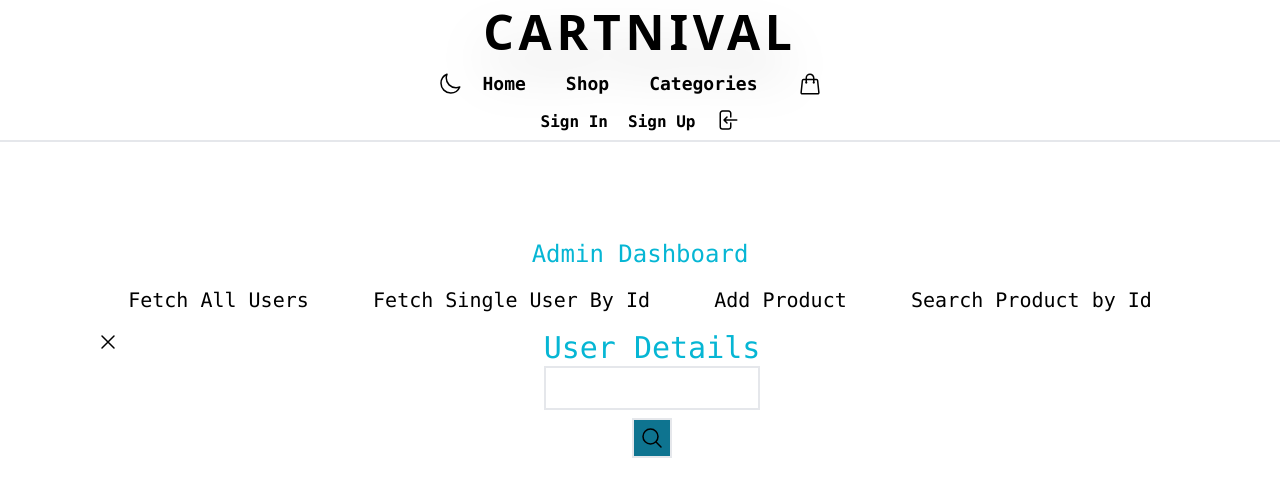
Repository: punitbathija/Cartnival
Page: /admin/dashboard (app in client/vite-project/), after clicking the first element matching `div.md\:flex > :nth-child(4)`
The author's editor kept a copy of each file at every save. The page is drawn from the files as they stood at one save, then again after the next save.
The browser window is 1280 px wide. The pictures show the whole page.
The project was rebuilt for these pictures with package versions that can differ from the ones it lists, and the page was loaded fresh each time. Also part of the build but not shown: client/vite-project/vite.config.js, client/vite-project/src/pages/Signin.jsx, client/vite-project/src/pages/Signup.jsx, client/vite-project/src/pages/ForgotPassword.jsx, client/vite-project/src/pages/ResetPassword.jsx, client/vite-project/src/pages/MyProfile.jsx, client/vite-project/src/pages/UpdatePassword.jsx, client/vite-project/src/pages/UpdateUser.jsx and 7 more.

Above is the page before, as saved 2023-03-29 17:05:18.

### client/vite-project/index.html
<!DOCTYPE html>
<html lang="en">
  <head>
    <meta charset="UTF-8" />
    <link rel="icon" type="image/svg+xml" href="/vite.svg" />
    <meta name="viewport" content="width=device-width, initial-scale=1.0" />
    <title>Vite + React</title>
  </head>
  <body className="dark">
    <div id="root"></div>
    <script type="module" src="/src/main.jsx"></script>
  </body>
</html>

### client/vite-project/src/main.jsx
import React from "react";
import ReactDOM from "react-dom/client";
import App from "./App";
import "./index.css";
import { userStore } from "./reduxStore";
import { Provider } from "react-redux";

ReactDOM.createRoot(document.getElementById("root")).render(
  <React.StrictMode>
    <Provider store={userStore}>
      <App />
    </Provider>
  </React.StrictMode>
);

### client/vite-project/src/App.jsx
import "./App.css";
import Header from "./Header";
import Signin from "./pages/Signin";
import Signup from "./pages/Signup";
import ForgotPassword from "./pages/ForgotPassword";
import ResetPassword from "./pages/ResetPassword";
import MyProfile from "./pages/MyProfile";
import UpdatePassword from "./pages/UpdatePassword";
import UpdateUser from "./pages/UpdateUser";
import FetchAllUsers from "./pages/admin-methods/FetchAllUsers";
import FetchSingleUser from "./pages/admin-methods/FetchSingleUser";
import DeleteSingleUser from "./pages/admin-methods/DeleteSingleUser";
import { useSelector } from "react-redux";
import { selectUser } from "./userSlice";
import { BrowserRouter as Router, Route, Routes } from "react-router-dom";
import AdminSignin from "./pages/admin-methods/AdminSignin";
import { AdminDashboard } from "./pages/admin-methods/AdminDashboard";
import Home from "./pages/Home";

function App() {
  const user = useSelector(selectUser);
  console.log(user);
  return (
    <>
      <Header />
      <Router>
        <Routes>
          <Route exact path="/" Component={Home} />
          <Route exact path="/signin" Component={Signin} />
          <Route exact path="/admin/signin" Component={AdminSignin} />
          <Route exact path="/admin/dashboard" Component={AdminDashboard} />
        </Routes>
      </Router>
    </>
  );
}

export default App;

### client/vite-project/src/reduxStore.js
import { configureStore } from "@reduxjs/toolkit";
import userReducer from "./userSlice";

export const userStore = configureStore({
  reducer: {
    user: userReducer,
  },
});

### client/vite-project/src/Header.jsx
import React, { useState, useEffect } from "react";
import axios from "axios";
import { signout } from "./userSlice";
import { useDispatch } from "react-redux";

const Header = () => {
  const [theme, setTheme] = useState("light");
  const api = import.meta.env.VITE_REACT_APP_BACKEND;
  const dispatch = useDispatch();

  const signOut = async (e) => {
    e.preventDefault();
    axios
      .get(`${api}signout`)
      .then((res) => {
        console.log(res);
        axios.defaults.headers.common["Authorization"] = null;
        document.cookie =
          "token=; expires=Thu, 01 Jan 1970 00:00:00 UTC; path=/;";
        dispatch(signout());
      })
      .then((err) => console.log(err));
  };

  useEffect(() => {
    if (theme === "dark") {
      document.documentElement.classList.add("dark");
    } else {
      document.documentElement.classList.remove("dark");
    }
  }, [theme]);

  const handleThemeSwitch = () => {
    setTheme(theme === "dark" ? "light" : "dark");
  };

  return (
    <>
      <div className="flex justify-center sticky top-0 z-50 dark:bg-neutral-800 dark:text-white ease-in duration-200 font-mono">
        <nav className="self-center w-full max-w-7xl">
          <div className="flex flex-col justify-around items-center border-b-2 ">
            <h1 className="uppercase py-2 text-2xl md:text-5xl text-center font-sans font-bold px-14 drop-shadow-2xl tracking-widest">
              cartnival
            </h1>

            <ul className="flex  items-center text-sm md:text-[18px] font-bold  md:px-10">
              <li>
                {theme === "light" ? (
                  <svg
                    xmlns="http://www.w3.org/2000/svg"
                    fill="none"
                    viewBox="0 0 24 24"
                    strokeWidth={1.5}
                    stroke="currentColor"
                    className="w-6 h-6 ease-in duration-500 cursor-pointer"
                    onClick={handleThemeSwitch}
                  >
                    <path
                      strokeLinecap="round"
                      strokeLinejoin="round"
                      d="M21.752 15.002A9.718 9.718 0 0118 15.75c-5.385 0-9.75-4.365-9.75-9.75 0-1.33.266-2.597.748-3.752A9.753 9.753 0 003 11.25C3 16.635 7.365 21 12.75 21a9.753 9.753 0 009.002-5.998z"
                    />
                  </svg>
                ) : (
                  <svg
                    xmlns="http://www.w3.org/2000/svg"
                    fill="none"
                    viewBox="0 0 24 24"
                    strokeWidth={1.5}
                    stroke="currentColor"
                    className="w-6 h-6 ease-in duration-500 cursor-pointer"
                    onClick={handleThemeSwitch}
                  >
                    <path
                      strokeLinecap="round"
                      strokeLinejoin="round"
                      d="M12 3v2.25m6.364.386l-1.591 1.591M21 12h-2.25m-.386 6.364l-1.591-1.591M12 18.75V21m-4.773-4.227l-1.591 1.591M5.25 12H3m4.227-4.773L5.636 5.636M15.75 12a3.75 3.75 0 11-7.5 0 3.75 3.75 0 017.5 0z"
                    />
                  </svg>
                )}
              </li>
              <li className="hover:underline  underline-offset-4 decoration-2 decoration-cyan-500 py-2 rounded-lg px-2 md:px-5">
                <a href="#">Home</a>
              </li>
              <li className="hover:underline underline-offset-4 decoration-2 decoration-cyan-500 py-2 rounded-lg px-2 md:px-5">
                <a href="#">Shop</a>
              </li>
              <li className="hover:underline underline-offset-4 decoration-2 decoration-cyan-500 py-2 rounded-lg px-2 md:px-5">
                <a href="#">Categories</a>
              </li>
              <li className="hover:underline underline-offset-4 decoration-2 decoration-cyan-500 py-2 rounded-lg px-2 md:px-5">
                <a href="#">
                  <svg
                    xmlns="http://www.w3.org/2000/svg"
                    fill="none"
                    viewBox="0 0 24 24"
                    strokeWidth={1.5}
                    stroke="currentColor"
                    className="w-6 h-6"
                  >
                    <path
                      strokeLinecap="round"
                      strokeLinejoin="round"
                      d="M15.75 10.5V6a3.75 3.75 0 10-7.5 0v4.5m11.356-1.993l1.263 12c.07.665-.45 1.243-1.119 1.243H4.25a1.125 1.125 0 01-1.12-1.243l1.264-12A1.125 1.125 0 015.513 7.5h12.974c.576 0 1.059.435 1.119 1.007zM8.625 10.5a.375.375 0 11-.75 0 .375.375 0 01.75 0zm7.5 0a.375.375 0 11-.75 0 .375.375 0 01.75 0z"
                    />
                  </svg>
                </a>
              </li>
            </ul>
            <div className="flex space-x-5 text-sm md:text-[16px]">
              <h1 className=" py-2 font-semibold hover:underline decoration-cyan-500  cursor-pointer">
                Sign In
              </h1>
              <h1 className=" py-2 font-semibold hover:underline decoration-cyan-500  cursor-pointer">
                Sign Up
              </h1>
              <svg
                xmlns="http://www.w3.org/2000/svg"
                fill="none"
                viewBox="0 0 24 24"
                strokeWidth={1.5}
                stroke="currentColor"
                className="w-6 h-6 mt-1 cursor-pointer"
                onClick={signOut}
              >
                <path
                  strokeLinecap="round"
                  strokeLinejoin="round"
                  d="M15.75 9V5.25A2.25 2.25 0 0013.5 3h-6a2.25 2.25 0 00-2.25 2.25v13.5A2.25 2.25 0 007.5 21h6a2.25 2.25 0 002.25-2.25V15M12 9l-3 3m0 0l3 3m-3-3h12.75"
                />
              </svg>
            </div>
          </div>
        </nav>
      </div>
    </>
  );
};

export default Header;

### client/vite-project/src/userSlice.js
import { createSlice } from "@reduxjs/toolkit";

const initialState = {
  user: null,
};

export const userSlice = createSlice({
  name: "user",
  initialState,

  reducers: {
    signin: (state, action) => {
      state.user = action.payload;
    },

    signout: (state) => {
      state.user = null;
    },
  },
});

export const { signin, signout } = userSlice.actions;

export const selectUser = (state) => state.user.user;

export default userSlice.reducer;

### client/vite-project/src/pages/admin-methods/AdminDashboard.jsx
import React, { useState } from "react";
import FetchAllUsers from "./FetchAllUsers";
import { useSelector } from "react-redux";
import { selectUser } from "../../userSlice";
import FetchSingleUser from "./FetchSingleUser";
import AddProduct from "./AddProduct";
import FetchSingleProduct from "./FetchSingleProduct";

export const AdminDashboard = () => {
  const user = useSelector(selectUser);
  console.log(user);
  const [showFetchAllUsers, setShowFetchAllUsers] = useState(false);
  const [showFetchSingleUser, setShowFetchSingleUser] = useState(false);
  const [showAddProduct, setShowAddProduct] = useState(false);
  const [showSingleProduct, setShowSingleProduct] = useState(false);

  const handleFetchAllUsers = () => {
    setShowFetchAllUsers(true);
  };

  const closeFetchAllUsers = () => {
    setShowFetchAllUsers(false);
  };

  const handleFetchSingleUser = () => {
    setShowFetchSingleUser(true);
  };

  const closeFetchSingleUser = () => {
    setShowFetchSingleUser(false);
  };

  const handleAddProduct = () => {
    setShowAddProduct(true);
  };

  const closeAddProduct = () => {
    setShowAddProduct(false);
  };

  const handleSingleProduct = () => {
    setShowSingleProduct(true);
  };

  const closeSingleProduct = () => {
    setShowSingleProduct(false);
  };

  return (
    <div className="flex flex-col gap-4 p-24 text-center align-middle justify-items-center m-auto dark:bg-neutral-800 dark:text-white ease-in duration-200 font-mono">
      <h1 className="text-2xl text-cyan-500">Admin Dashboard</h1>
      <div className="md:flex justify-around">
        <button className="text-xl" onClick={handleFetchAllUsers}>
          Fetch All Users
        </button>
        <button className="text-xl" onClick={handleFetchSingleUser}>
          Fetch Single User By Id
        </button>
        <button className="text-xl" onClick={handleAddProduct}>
          Add Product
        </button>
        <button className="text-xl" onClick={handleSingleProduct}>
          Search Product by Id
        </button>
      </div>
      <div className="flex">
        {showFetchAllUsers && (
          <svg
            xmlns="http://www.w3.org/2000/svg"
            fill="none"
            viewBox="0 0 24 24"
            strokeWidth={1.5}
            stroke="currentColor"
            className="w-6 h-6 cursor-pointer"
            onClick={closeFetchAllUsers}
          >
            <path
              strokeLinecap="round"
              strokeLinejoin="round"
              d="M6 18L18 6M6 6l12 12"
            />
          </svg>
        )}
        {showFetchAllUsers && <FetchAllUsers />}
        {showFetchSingleUser && (
          <svg
            xmlns="http://www.w3.org/2000/svg"
            fill="none"
            viewBox="0 0 24 24"
            strokeWidth={1.5}
            stroke="currentColor"
            className="w-6 h-6 cursor-pointer"
            onClick={closeFetchSingleUser}
          >
            <path
              strokeLinecap="round"
              strokeLinejoin="round"
              d="M6 18L18 6M6 6l12 12"
            />
          </svg>
        )}
        {showFetchSingleUser && <FetchSingleUser />}
        {showAddProduct && (
          <svg
            xmlns="http://www.w3.org/2000/svg"
            fill="none"
            viewBox="0 0 24 24"
            strokeWidth={1.5}
            stroke="currentColor"
            className="w-6 h-6 cursor-pointer"
            onClick={closeAddProduct}
          >
            <path
              strokeLinecap="round"
              strokeLinejoin="round"
              d="M6 18L18 6M6 6l12 12"
            />
          </svg>
        )}
        {showAddProduct && <AddProduct />}

        {showSingleProduct && (
          <svg
            xmlns="http://www.w3.org/2000/svg"
            fill="none"
            viewBox="0 0 24 24"
            strokeWidth={1.5}
            stroke="currentColor"
            className="w-6 h-6 cursor-pointer"
            onClick={closeSingleProduct}
          >
            <path
              strokeLinecap="round"
              strokeLinejoin="round"
              d="M6 18L18 6M6 6l12 12"
            />
          </svg>
        )}
        {showSingleProduct && <FetchSingleProduct />}
      </div>
    </div>
  );
};

### client/vite-project/src/pages/admin-methods/FetchSingleProduct.jsx
import React, { useState } from "react";
import axios from "axios";

const FetchSingleProduct = () => {
  const [tokenData, setTokenData] = useState("");
  const [error, setError] = useState("");
  const [searchQuery, setSearchQuery] = useState("");
  const api = import.meta.env.VITE_REACT_APP_BACKEND;

  const handleFetchSingleProduct = async (e) => {
    const product = searchQuery;
    e.preventDefault();
    await axios
      .get(`${api}product/${product}`)
      .then((res) => {
        console.log(res);
      })
      .catch((error) => {
        setError("Cannot find produxt");
      });
  };

  //   const handleModifyRole = async (e) => {
  //     const customer = searchQuery;
  //     e.preventDefault();
  //     await axios
  //       .put(`${api}admin/user/${customer}`, {
  //         role,
  //       })
  //       .then((res) => {
  //         console.log(res);
  //       });
  //   };

  //   const handleDeleteSingleUser = async (e) => {
  //     const customer = searchQuery;
  //     e.preventDefault();
  //     await axios
  //       .delete(`${api}admin/user/${customer}`)
  //       .then((res) => {
  //         setTokenData(res.data.customer);
  //       })
  //       .catch((error) => {
  //         setError("Cannot find user");
  //       });
  //   };

  return (
    <div className="md:flex m-auto dark:bg-neutral-800 dark:text-white ease-in duration-200 font-mono">
      <div className="">
        <h1 className="text-3xl text-cyan-500">User Details</h1>
        <form onSubmit={handleFetchSingleProduct} method="post">
          <input
            type="text"
            className="py-2 w-full text-center border-2 dark:text-black "
            onChange={(e) => setSearchQuery(e.target.value)}
          />
          <br />
          <button
            className="my-2 text-xl border-2 p-1.5 bg-cyan-700"
            onClick={handleFetchSingleProduct}
          >
            <svg
              xmlns="http://www.w3.org/2000/svg"
              fill="none"
              viewBox="0 0 24 24"
              strokeWidth={1.5}
              stroke="currentColor"
              className="w-6 h-6"
            >
              <path
                strokeLinecap="round"
                strokeLinejoin="round"
                d="M21 21l-5.197-5.197m0 0A7.5 7.5 0 105.196 5.196a7.5 7.5 0 0010.607 10.607z"
              />
            </svg>
          </button>
          {tokenData && (
            <div>
              <p className="md:text-2xl">Name:- {tokenData.name}</p>
              <p className="md:text-2xl">Email:- {tokenData.email}</p>
              <p className="md:text-2xl">Role:- {tokenData.role}</p>
              <br />
            </div>
          )}
          {error && <p>{error} </p>}
        </form>
      </div>
    </div>
  );
};

export default FetchSingleProduct;

### client/vite-project/tailwind.config.cjs
/** @type {import('tailwindcss').Config} */
module.exports = {
  content: ["./index.html", "./src/**/*.{js,ts,jsx,tsx}"],
  darkMode: "class",
  theme: {},
  plugins: [],
};

Loaded but not shown: client/vite-project/src/index.css (common file); client/vite-project/src/App.css (no stored copy; drawn as an empty file)

After the next save:
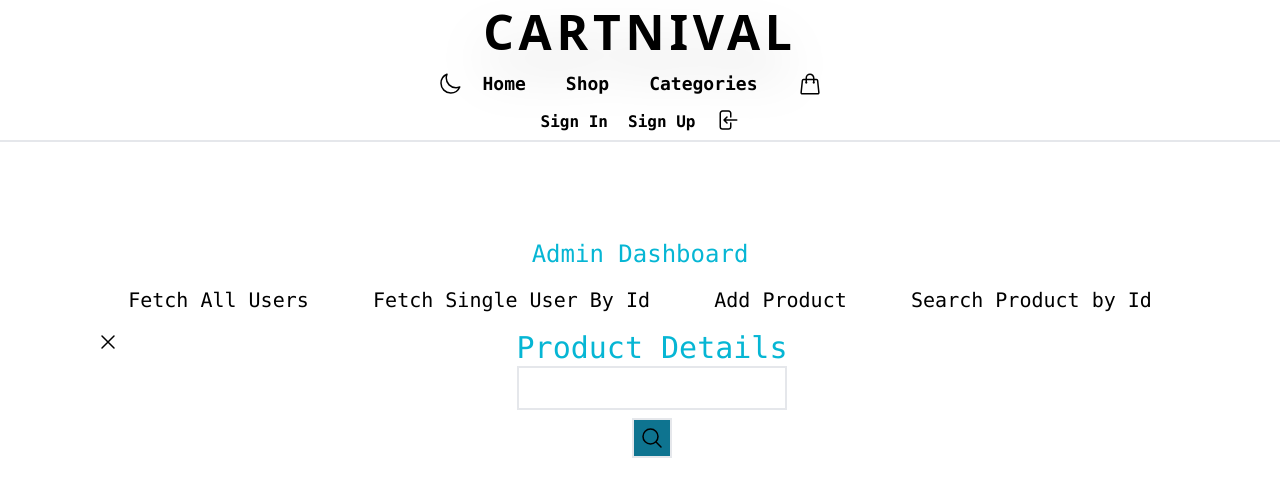
Saved 58 s later.
--- a/client/vite-project/src/pages/admin-methods/FetchSingleProduct.jsx
+++ b/client/vite-project/src/pages/admin-methods/FetchSingleProduct.jsx
@@ -48,7 +48,7 @@ const FetchSingleProduct = () => {
   return (
     <div className="md:flex m-auto dark:bg-neutral-800 dark:text-white ease-in duration-200 font-mono">
       <div className="">
-        <h1 className="text-3xl text-cyan-500">User Details</h1>
+        <h1 className="text-3xl text-cyan-500">Product Details</h1>
         <form onSubmit={handleFetchSingleProduct} method="post">
           <input
             type="text"
